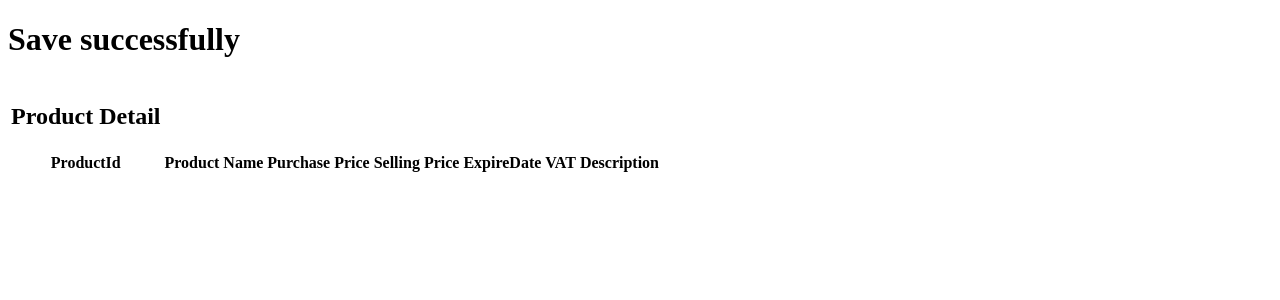
Repository: FatCat0712/JSP
Page: http://localhost/bai_22/success.jsp
The author's editor kept a copy of each file at every save. The page is drawn from the files as they stood at one save, then again after the next save.
The browser window is 1280 px wide. The pictures show the whole page.
The page is served by Tomcat 9.

Above is the page before, as saved 2024-04-24 00:15:51.

After the next save:
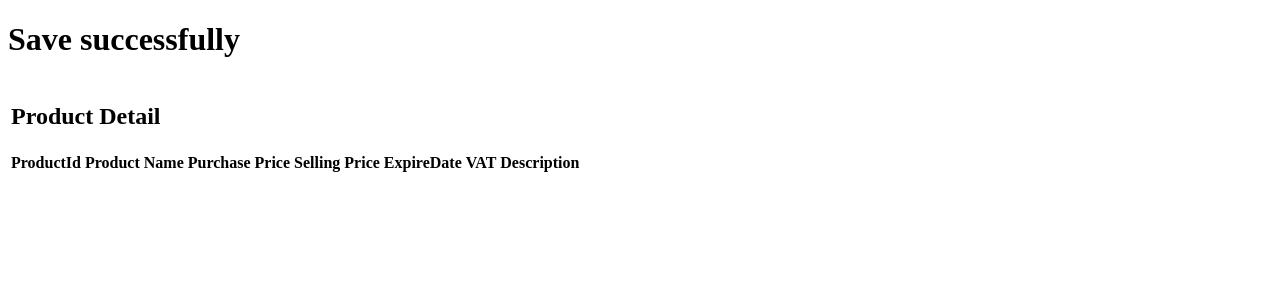
Saved 9 s later.
--- a/bai_22/src/main/webapp/success.jsp
+++ b/bai_22/src/main/webapp/success.jsp
@@ -10,7 +10,7 @@
 	<h1>Save successfully</h1>
 	<table>
 		<tr>
-			<td><h2>Product Detail</h2></td>
+			<td colspan="7"><h2>Product Detail</h2></td>
 		</tr>
 
 		<tr>
